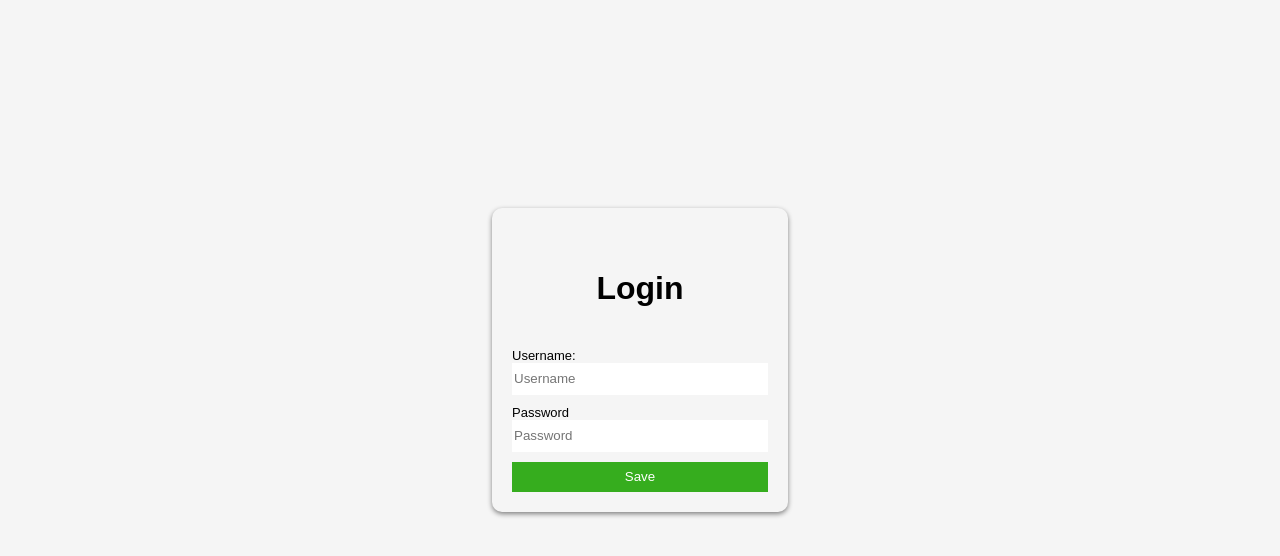
Repository: Dennis-star1001/PHP-CRUD
Page: http://localhost/login.php
An editor plug-in stored every save of this project. The page is shown before and after the next save, followed by the edit.
The browser window is 1280 px wide. The pictures show the whole page.
The page is run by PHP 8.4 with error messages shown; the project is at /var/www/html/.

Above is the page before, as saved 2022-07-05 10:39:10.

### login.php
<?php require("backend.php");
?>
<?php
$err = "";
$sucess ='';
$clas ='';
if (isset($_GET['err'])) {
    $err = $_GET['err'];
    $clas = 'error';

}elseif(isset($_GET['sucess'])){
    $sucess = $_GET['err'];
    $clas = 'sucess';

} ?>
<!DOCTYPE html>
<html lang="en">

<head>
    <meta charset="UTF-8">
    <meta http-equiv="X-UA-Compatible" content="IE=edge">
    <meta name="viewport" content="width=device-width, initial-scale=1.0">
    <link rel="stylesheet" href="style.css">
    <title>Document</title>
</head>
<body>
    <form method="POST" action="backend.php">
        <div class="container">
            <div class="left">
            <?php echo "<div class='$clas'>$err</div>" ?>
                <?php echo "<div class='$clas'>$sucess</div>" ?>
            <h1 class="title">Login</h1>
                <div class='success'></div>
                <div class="input-field">
                    <label for="username">Username:</label>
                    <input type="text" class="text-input" placeholder="Username" name="username" />
                </div>
                <div class="input-field">
                    <label for="password">Password</label>
                    <input type="password" class="text-input" placeholder="Password" name="password" />
                </div>

                <input type="submit" value="Save" class="submit" name="login" />

            </div>

        </div>
    </form>

</body>

</html>

### backend.php
<?php
require("connection.php");

if (isset($_POST['register'])) {
    $username = $_POST['username'];
    $email = $_POST['email'];
    $password = sha1($_POST['password']);
    $phone = $_POST['phone'];

if(empty($username) || empty($email) || empty($password) || empty($phone)){
    header("Location: register.php?err=Empty field not allowed!");
    exit;
}

    //check if existed
    $Select_sql = "SELECT * FROM register WHERE username = '$username' AND phone = '$phone'";

    $query =  mysqli_query($conn, $Select_sql);


    if (mysqli_num_rows($query) > 0) {
        header("Location: register.php?err=This user already exist");
        exit;
    }else{
        $Insert_sql = "INSERT INTO register SET username = '$username', email='$email', password='$password', phone = '$phone'";
        mysqli_query($conn, $Insert_sql);
        header("Location: login.php?sucess=You can now register");

    }

}


if (isset($_POST['login'])) {
    $username = $_POST['username'];

    $password = sha1($_POST['password']);


if(empty($username) || empty($password)){
    header("Location: login.php?err=Empty field not allowed!");
    exit;
}

$query = "SELECT * FROM profile WHERE username = '$username' AND password = '$password'";

if(mysqli_num_rows($query) > 0) {
    $row = mysqli_fetch_array($query);
    $_SESSION['id'] = $row['id'];
    $_SESSION['username'] = $row['username'];
    $_SESSION['course'] = $row['course'];

    header("Location: login.php?sucess=Logged in...");
} else {
    header("Location: index.php?err=User not found!");
    exit;
}
}

### connection.php
<?php
$conn = mysqli_connect("localhost", "root", "", "Wild_animals");
if(!$conn){
die("Connection failed: " . mysqli_connect_error());
}

### style.css
body {
    margin: 0px;
    font-family: sans-serif;
    background-color: whitesmoke;
}

.title{

    text-align: center;

}

.container{
    display: flex;
    justify-content: center;
    align-items: center;
    height: 100vh;
}
.left{
    display: flex;
    flex-direction: column;
    width: 20%;
    /* border: 1px solid black; */
    box-shadow: 0 2px 5px gray;
    border-radius: 10px;
    padding: 20px;
    gap: 10px;
}
.input-field{
    display: flex;
    flex-direction: column;
}
input{
    height: 30px;
    border: none;

}
input:focus{
    outline: none;
    border-bottom: 1px solid gray;
}
label{
    font-size: 13px;
}
.submit{
    background-color: rgb(54, 173, 30);
    border: none;
    color: white;
}
.error {
    height: 5%;
    width: 100%;
    background-color: pink;
    color: red;
    font-family: sans-serif;
    display: flex;
    justify-content: center;
    align-items: center;
    font-size: 15px;
}

.success {
    height: 10%;
    width: 100%;
    background-color: lightgreen;
    color: green;
    font-family: sans-serif;
    display: flex;
    justify-content: center;
    align-items: center;
    font-size: 15px;
}

After the next save:
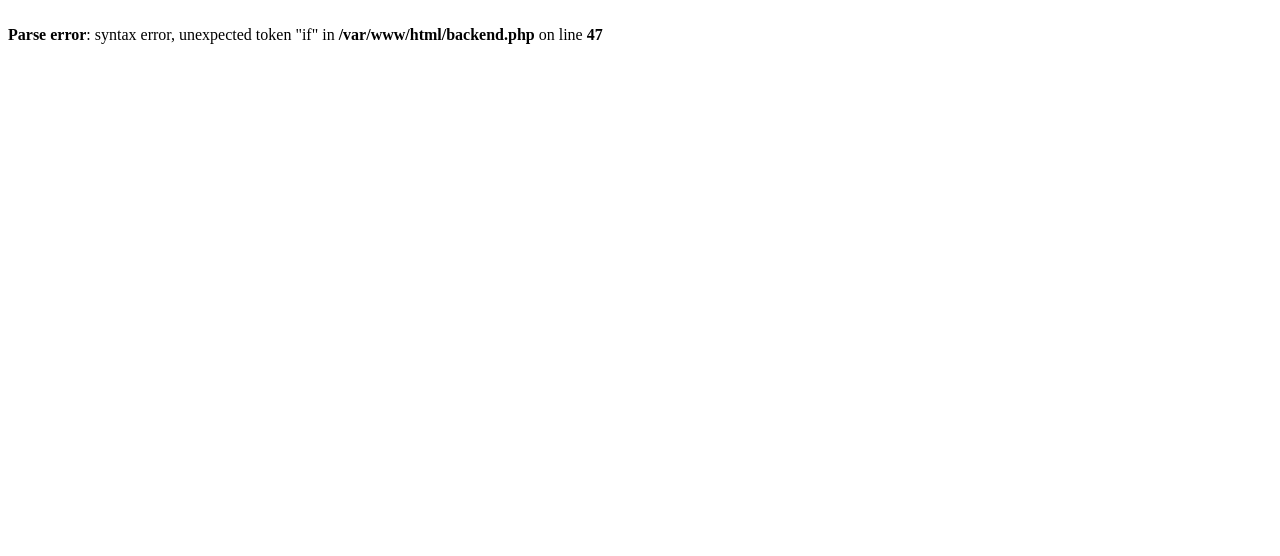
Saved 37 s later.
--- a/backend.php
+++ b/backend.php
@@ -43,7 +43,7 @@
 }
 
 $query = "SELECT * FROM profile WHERE username = '$username' AND password = '$password'";
-
+mysqli_query()
 if(mysqli_num_rows($query) > 0) {
     $row = mysqli_fetch_array($query);
     $_SESSION['id'] = $row['id'];

After the save that followed:
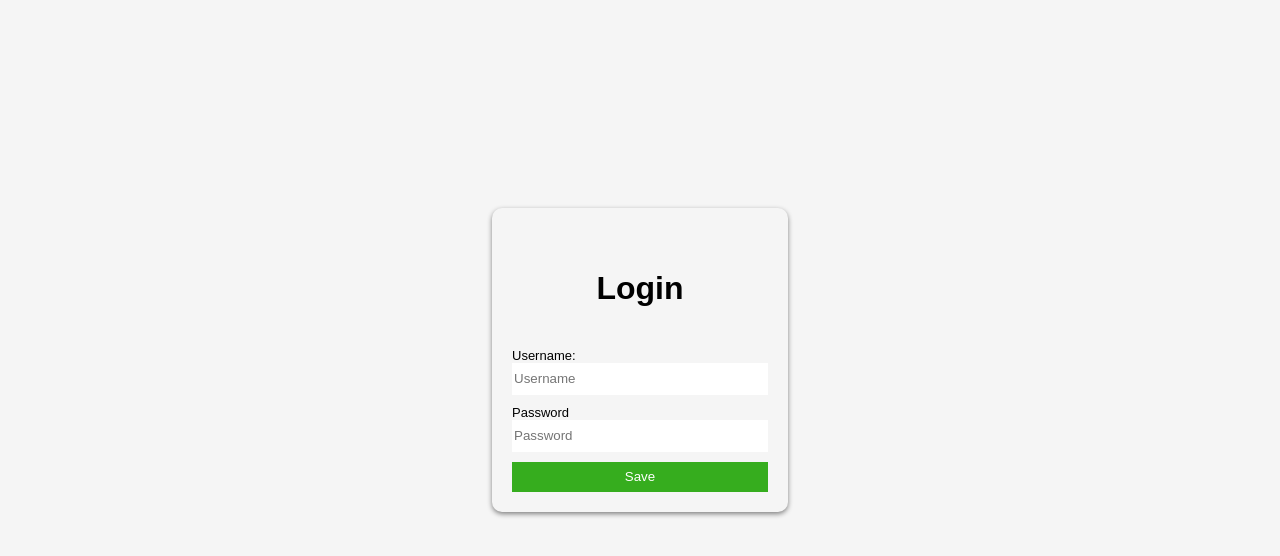
Saved 51 s later.
--- a/backend.php
+++ b/backend.php
@@ -42,8 +42,8 @@
     exit;
 }
 
-$query = "SELECT * FROM profile WHERE username = '$username' AND password = '$password'";
-mysqli_query()
+$sql = "SELECT * FROM profile WHERE username = '$username' AND password = '$password'";
+$query = mysqli_query($conn, $sql);
 if(mysqli_num_rows($query) > 0) {
     $row = mysqli_fetch_array($query);
     $_SESSION['id'] = $row['id'];
